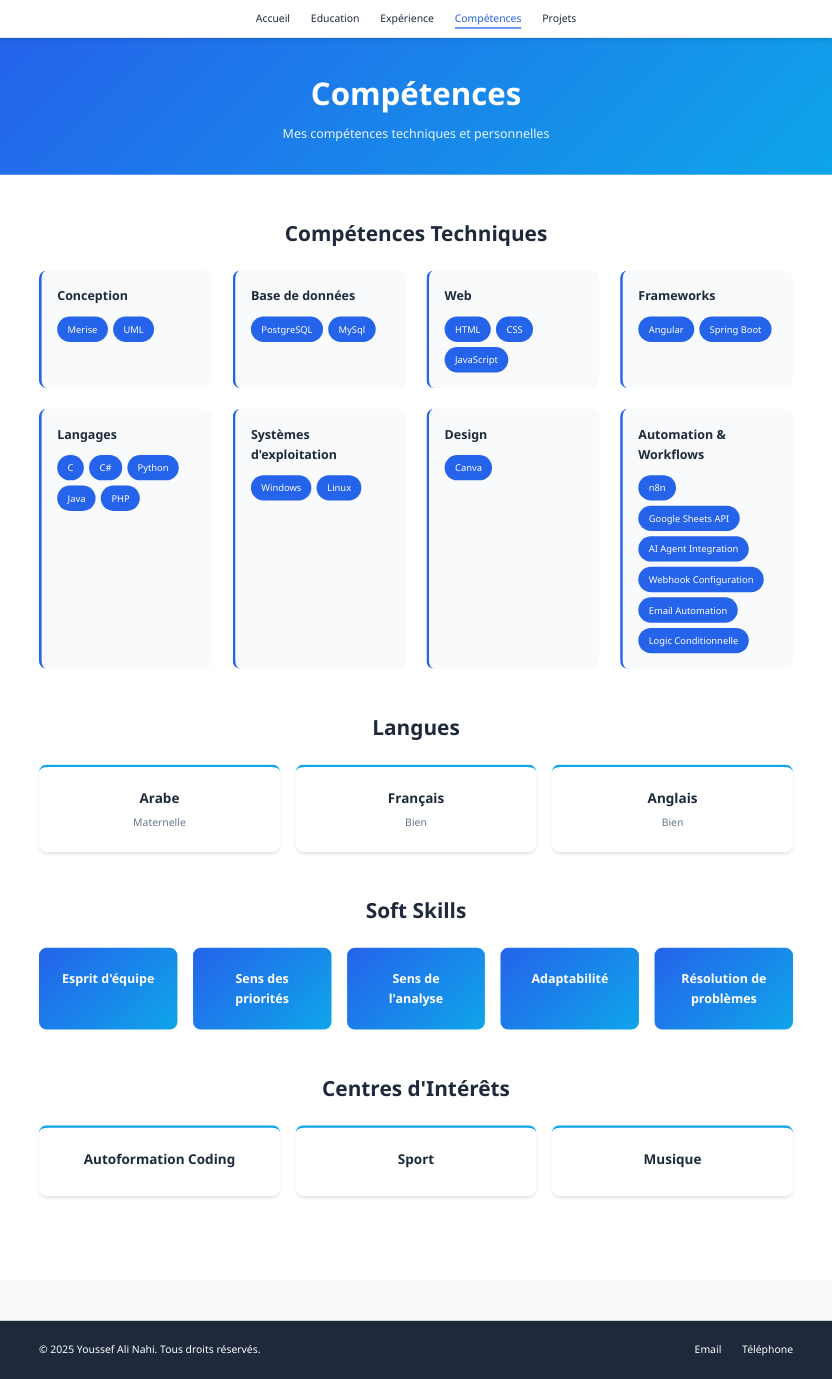
Repository: Youssef-Nahi504/My_Portfolio
Page: competences.html
The author's editor kept a copy of each file at every save. The page is drawn from the files as they stood at one save, then again after the next save.
The browser window is 1280 px wide. The pictures show the whole page, at 65% of full size.

Above is the page before, as saved 2025-12-19 16:28:36.

### competences.html
<!DOCTYPE html>
<html lang="fr">
<head>
    <meta charset="UTF-8">
    <meta name="viewport" content="width=device-width, initial-scale=1.0">
    <title>Compétences - Youssef Ali Nahi</title>
    <link rel="stylesheet" href="style.css">
</head>
<body>
    <nav class="navbar">
        <div class="nav-container">
            <ul class="nav-menu">
                <li><a href="index.html">Accueil</a></li>
                <li><a href="Education.html" >Education</a></li>
                <li><a href="experience.html">Expérience</a></li>
                <li><a href="competences.html" class="active">Compétences</a></li>
                <li><a href="projets.html">Projets</a></li>
            </ul>
            <div class="hamburger">
                <span></span>
                <span></span>
                <span></span>
            </div>
        </div>
    </nav>

    <main>
        <section class="page-header">
            <div class="container">
                <h1>Compétences</h1>
                <p>Mes compétences techniques et personnelles</p>
            </div>
        </section>

        <section class="skills-section">
            <div class="container">
                <div class="skills-category">
                    <h2 class="category-title">Compétences Techniques</h2>
                    <div class="skills-grid">
                        <div class="skill-group">
                            <h3>Conception</h3>
                            <div class="skill-tags">
                                <span class="skill-tag">Merise</span>
                                <span class="skill-tag">UML</span>
                            </div>
                        </div>
                        <div class="skill-group">
                            <h3>Base de données</h3>
                            <div class="skill-tags">
                                <span class="skill-tag">PostgreSQL</span>
                                <span class="skill-tag">MySql</span>
                            </div>
                        </div>
                        <div class="skill-group">
                            <h3>Web</h3>
                            <div class="skill-tags">
                                <span class="skill-tag">HTML</span>
                                <span class="skill-tag">CSS</span>
                                <span class="skill-tag">JavaScript</span>
                            </div>
                        </div>
                        <div class="skill-group">
                            <h3>Frameworks</h3>
                            <div class="skill-tags">
                                <span class="skill-tag">Angular</span>
                                <span class="skill-tag">Spring Boot</span>
                            </div>
                        </div>
                        <div class="skill-group">
                            <h3>Langages</h3>
                            <div class="skill-tags">
                                <span class="skill-tag">C</span>
                                <span class="skill-tag">C#</span>
                                <span class="skill-tag">Python</span>
                                <span class="skill-tag">Java</span>
                                <span class="skill-tag">PHP</span>
                            </div>
                        </div>
                        <div class="skill-group">
                            <h3>Systèmes d'exploitation</h3>
                            <div class="skill-tags">
                                <span class="skill-tag">Windows</span>
                                <span class="skill-tag">Linux</span>
                            </div>
                        </div>
                        <div class="skill-group">
                            <h3>Design</h3>
                            <div class="skill-tags">
                                <span class="skill-tag">Canva</span>
                            </div>
                        </div>
                        <div class="skill-group">
                            <h3>Automation & Workflows</h3>
                            <div class="skill-tags">
                                <span class="skill-tag">n8n</span>
                                <span class="skill-tag">Google Sheets API</span>
                                <span class="skill-tag">AI Agent Integration</span>
                                <span class="skill-tag">Webhook Configuration</span>
                                <span class="skill-tag">Email Automation</span>
                                <span class="skill-tag">Logic Conditionnelle</span>
                            </div>
                        </div>
                    </div>
                </div>

                <div class="skills-category">
                    <h2 class="category-title">Langues</h2>
                    <div class="languages-grid">
                        <div class="language-card">
                            <h3>Arabe</h3>
                            <p>Maternelle</p>
                        </div>
                        <div class="language-card">
                            <h3>Français</h3>
                            <p>Bien</p>
                        </div>
                        <div class="language-card">
                            <h3>Anglais</h3>
                            <p>Bien</p>
                        </div>
                    </div>
                </div>

                <div class="skills-category">
                    <h2 class="category-title">Soft Skills</h2>
                    <div class="soft-skills-grid">
                        <div class="soft-skill-card">
                            <h3>Esprit d'équipe</h3>
                        </div>
                        <div class="soft-skill-card">
                            <h3>Sens des priorités</h3>
                        </div>
                        <div class="soft-skill-card">
                            <h3>Sens de l'analyse</h3>
                        </div>
                        <div class="soft-skill-card">
                            <h3>Adaptabilité</h3>
                        </div>
                        <div class="soft-skill-card">
                            <h3>Résolution de problèmes</h3>
                        </div>
                    </div>
                </div>

                <div class="skills-category">
                    <h2 class="category-title">Centres d'Intérêts</h2>
                    <div class="interests-grid">
                        <div class="interest-card">
                            <h3>Autoformation Coding</h3>
                        </div>
                        <div class="interest-card">
                            <h3>Sport</h3>
                        </div>
                        <div class="interest-card">
                            <h3>Musique</h3>
                        </div>
                    </div>
                </div>
            </div>
        </section>
    </main>

    <footer>
        <div class="container">
            <p>&copy; 2025 Youssef Ali Nahi. Tous droits réservés.</p>
            <div class="footer-links">
                <a href="mailto:nahiyoussef02@gmail.com">Email</a>
                <a href="tel:+212619303473">Téléphone</a>
            </div>
        </div>
    </footer>

    <script src="file.js"></script>
</body>
</html>

### style.css
* {
    margin: 0;
    padding: 0;
    box-sizing: border-box;
}

:root {
    --primary-color: #2563eb;
    --primary-dark: #1e40af;
    --secondary-color: #64748b;
    --accent-color: #0ea5e9;
    --text-dark: #1e293b;
    --text-light: #64748b;
    --bg-light: #f8fafc;
    --bg-white: #ffffff;
    --border-color: #e2e8f0;
    --shadow: 0 4px 6px -1px rgba(0, 0, 0, 0.1), 0 2px 4px -1px rgba(0, 0, 0, 0.06);
    --shadow-lg: 0 10px 15px -3px rgba(0, 0, 0, 0.1), 0 4px 6px -2px rgba(0, 0, 0, 0.05);
}

body {
    font-family: 'Segoe UI', Tahoma, Geneva, Verdana, sans-serif;
    line-height: 1.6;
    color: var(--text-dark);
    background-color: var(--bg-light);
}

.container {
    max-width: 1200px;
    margin: 0 auto;
    padding: 0 20px;
}

/* Navigation */
.navbar {
    background: var(--bg-white);
    box-shadow: var(--shadow);
    position: sticky;
    top: 0;
    z-index: 1000;
    padding: 1rem 0;
}

.nav-container {
    max-width: 1200px;
    margin: 0 auto;
    padding: 0 20px;
    display: flex;
  justify-content: center; /* horizontal */
  align-items: center;
}

.logo {
    font-size: 1.5rem;
    font-weight: bold;
    color: var(--primary-color);
    letter-spacing: 2px;
}

.nav-menu {
    display: flex;
    list-style: none;
    gap: 2rem;
}

.nav-menu a {
    text-decoration: none;
    color: var(--text-dark);
    font-weight: 500;
    transition: color 0.3s ease;
    position: relative;
}

.nav-menu a:hover,
.nav-menu a.active {
    color: var(--primary-color);
}

.nav-menu a.active::after {
    content: '';
    position: absolute;
    bottom: -5px;
    left: 0;
    width: 100%;
    height: 2px;
    background: var(--primary-color);
}

.hamburger {
    display: none;
    flex-direction: column;
    cursor: pointer;
    gap: 4px;
}

.hamburger span {
    width: 25px;
    height: 3px;
    background: var(--text-dark);
    transition: all 0.3s ease;
}

/* Hero Section */
.hero {
    background: linear-gradient(135deg, var(--primary-color) 0%, var(--accent-color) 100%);
    color: white;
    padding: 4rem 0;
    min-height: 80vh;
    display: flex;
    align-items: center;
}

.hero-content {
    max-width: 1200px;
    margin: 0 auto;
    padding: 0 20px;
    display: grid;
    grid-template-columns: 1fr 1fr;
    gap: 3rem;
    align-items: center;
}

.hero-text h1 {
    font-size: 3rem;
    margin-bottom: 0.5rem;
    font-weight: 700;
}

.hero-text h2 {
    font-size: 1.5rem;
    margin-bottom: 1.5rem;
    opacity: 0.9;
    font-weight: 400;
}

.hero-subtitle {
    font-size: 1.1rem;
    margin-bottom: 2rem;
    opacity: 0.95;
    line-height: 1.8;
}

.hero-buttons {
    display: flex;
    gap: 1rem;
    flex-wrap: wrap;
}

.btn {
    padding: 0.75rem 2rem;
    border-radius: 8px;
    text-decoration: none;
    font-weight: 600;
    transition: all 0.3s ease;
    display: inline-block;
}

.btn-primary {
    background: white;
    color: var(--primary-color);
}

.btn-primary:hover {
    transform: translateY(-2px);
    box-shadow: var(--shadow-lg);
}

.btn-secondary {
    background: transparent;
    color: white;
    border: 2px solid white;
}

.btn-secondary:hover {
    background: white;
    color: var(--primary-color);
}

.profile-card {
    background: rgba(255, 255, 255, 0.1);
    backdrop-filter: blur(10px);
    border-radius: 16px;
    padding: 2rem;
    border: 1px solid rgba(255, 255, 255, 0.2);
}

.profile-info p {
    margin-bottom: 1rem;
    font-size: 1rem;
}

.profile-info strong {
    display: inline-block;
    width: 140px;
}

/* About Section */
.about {
    padding: 4rem 0;
    background: var(--bg-white);
}

.section-title {
    font-size: 2.5rem;
    margin-bottom: 2rem;
    text-align: center;
    color: var(--text-dark);
}

.about-content {
    max-width: 800px;
    margin: 0 auto 3rem;
    text-align: center;
}

.about-content p {
    font-size: 1.1rem;
    color: var(--text-light);
    margin-bottom: 1.5rem;
    line-height: 1.8;
}

.quick-links {
    display: grid;
    grid-template-columns: repeat(auto-fit, minmax(250px, 1fr));
    gap: 2rem;
    margin-top: 3rem;
}

.quick-link-card {
    background: var(--bg-white);
    padding: 2rem;
    border-radius: 12px;
    text-decoration: none;
    color: var(--text-dark);
    box-shadow: var(--shadow);
    transition: all 0.3s ease;
    border: 2px solid transparent;
}

.quick-link-card:hover {
    transform: translateY(-5px);
    box-shadow: var(--shadow-lg);
    border-color: var(--primary-color);
}

.quick-link-card h3 {
    color: var(--primary-color);
    margin-bottom: 0.5rem;
    font-size: 1.5rem;
}

.quick-link-card p {
    color: var(--text-light);
}

/* Page Header */
.page-header {
    background: linear-gradient(135deg, var(--primary-color) 0%, var(--accent-color) 100%);
    color: white;
    padding: 3rem 0;
    text-align: center;
}

.page-header h1 {
    font-size: 3rem;
    margin-bottom: 0.5rem;
}

.page-header p {
    font-size: 1.2rem;
    opacity: 0.9;
}

/* Experience Section */
.experience-section {
    padding: 4rem 0;
    background: var(--bg-white);
}

.timeline {
    position: relative;
    max-width: 900px;
    margin: 0 auto;
    padding: 2rem 0;
}

.timeline::before {
    content: '';
    position: absolute;
    left: 30px;
    top: 0;
    bottom: 0;
    width: 2px;
    background: var(--border-color);
}

.timeline-item {
    position: relative;
    margin-bottom: 3rem;
    padding-left: 80px;
}

.timeline-marker {
    position: absolute;
    left: 22px;
    top: 0;
    width: 16px;
    height: 16px;
    border-radius: 50%;
    background: var(--primary-color);
    border: 4px solid var(--bg-white);
    box-shadow: var(--shadow);
}

.timeline-content {
    background: var(--bg-white);
    padding: 2rem;
    border-radius: 12px;
    box-shadow: var(--shadow);
    transition: all 0.3s ease;
}

.timeline-content:hover {
    box-shadow: var(--shadow-lg);
    transform: translateX(5px);
}

.timeline-date {
    color: var(--primary-color);
    font-weight: 600;
    margin-bottom: 0.5rem;
    font-size: 0.9rem;
}

.timeline-content h3 {
    color: var(--text-dark);
    margin-bottom: 0.25rem;
    font-size: 1.5rem;
}

.timeline-content h4 {
    color: var(--text-light);
    margin-bottom: 1rem;
    font-weight: 500;
}

.timeline-content ul {
    list-style: none;
    padding-left: 0;
}

.timeline-content li {
    padding-left: 1.5rem;
    position: relative;
    margin-bottom: 0.5rem;
    color: var(--text-light);
}

.timeline-content li::before {
    content: '▸';
    position: absolute;
    left: 0;
    color: var(--primary-color);
}

/* Education Section */
.education-section {
    padding: 4rem 0;
    background: var(--bg-light);
}

.education-grid {
    display: grid;
    grid-template-columns: repeat(auto-fit, minmax(300px, 1fr));
    gap: 2rem;
    max-width: 900px;
    margin: 0 auto;
}

.education-card {
    background: var(--bg-white);
    padding: 2rem;
    border-radius: 12px;
    box-shadow: var(--shadow);
    transition: all 0.3s ease;
    border-top: 4px solid var(--primary-color);
}

.education-card:hover {
    transform: translateY(-5px);
    box-shadow: var(--shadow-lg);
}

.education-year {
    color: var(--primary-color);
    font-weight: 600;
    margin-bottom: 1rem;
    font-size: 0.9rem;
}

.education-card h3 {
    color: var(--text-dark);
    margin-bottom: 0.5rem;
    font-size: 1.3rem;
}

.education-card h4 {
    color: var(--text-light);
    margin-bottom: 1rem;
    font-weight: 500;
}

.education-institution {
    color: var(--text-light);
    font-style: italic;
}

/* Skills Section */
.skills-section {
    padding: 4rem 0;
    background: var(--bg-white);
}

.skills-category {
    margin-bottom: 4rem;
}

.category-title {
    font-size: 2rem;
    margin-bottom: 2rem;
    color: var(--text-dark);
    text-align: center;
}

.skills-grid {
    display: grid;
    grid-template-columns: repeat(auto-fit, minmax(250px, 1fr));
    gap: 2rem;
}

.skill-group {
    background: var(--bg-light);
    padding: 1.5rem;
    border-radius: 12px;
    border-left: 4px solid var(--primary-color);
}

.skill-group h3 {
    color: var(--text-dark);
    margin-bottom: 1rem;
    font-size: 1.2rem;
}

.skill-tags {
    display: flex;
    flex-wrap: wrap;
    gap: 0.5rem;
}

.skill-tag {
    background: var(--primary-color);
    color: white;
    padding: 0.5rem 1rem;
    border-radius: 20px;
    font-size: 0.9rem;
    font-weight: 500;
}

.soft-skills-grid {
    display: grid;
    grid-template-columns: repeat(auto-fit, minmax(200px, 1fr));
    gap: 1.5rem;
}

.soft-skill-card {
    background: linear-gradient(135deg, var(--primary-color) 0%, var(--accent-color) 100%);
    color: white;
    padding: 2rem;
    border-radius: 12px;
    text-align: center;
    transition: all 0.3s ease;
}

.soft-skill-card:hover {
    transform: translateY(-5px);
    box-shadow: var(--shadow-lg);
}

.soft-skill-card h3 {
    font-size: 1.2rem;
}

.languages-grid,
.interests-grid {
    display: grid;
    grid-template-columns: repeat(auto-fit, minmax(200px, 1fr));
    gap: 1.5rem;
}

.language-card,
.interest-card {
    background: var(--bg-white);
    padding: 2rem;
    border-radius: 12px;
    box-shadow: var(--shadow);
    text-align: center;
    transition: all 0.3s ease;
    border-top: 4px solid var(--accent-color);
}

.language-card:hover,
.interest-card:hover {
    transform: translateY(-5px);
    box-shadow: var(--shadow-lg);
}

.language-card h3,
.interest-card h3 {
    color: var(--text-dark);
    margin-bottom: 0.5rem;
    font-size: 1.3rem;
}

.language-card p {
    color: var(--text-light);
    font-weight: 500;
}

/* Projects Section */
.projects-section {
    padding: 4rem 0;
    background: var(--bg-white);
}

.projects-grid {
    display: grid;
    grid-template-columns: repeat(auto-fit, minmax(300px, 1fr));
    gap: 2rem;
}

.project-card {
    background: var(--bg-white);
    padding: 2rem;
    border-radius: 12px;
    box-shadow: var(--shadow);
    transition: all 0.3s ease;
    border-top: 4px solid var(--primary-color);
}

.project-card:hover {
    transform: translateY(-5px);
    box-shadow: var(--shadow-lg);
}

.project-icon {
    font-size: 3rem;
    margin-bottom: 1rem;
}

.project-card h3 {
    color: var(--text-dark);
    margin-bottom: 0.75rem;
    font-size: 1.4rem;
}

.project-tech {
    color: var(--primary-color);
    font-weight: 600;
    margin-bottom: 1rem;
    font-size: 0.9rem;
}

.project-description {
    color: var(--text-light);
    line-height: 1.7;
}

/* Footer */
footer {
    background: var(--text-dark);
    color: white;
    padding: 2rem 0;
    margin-top: 4rem;
}

footer .container {
    display: flex;
    justify-content: space-between;
    align-items: center;
    flex-wrap: wrap;
    gap: 1rem;
}

.footer-links {
    display: flex;
    gap: 2rem;
}

.footer-links a {
    color: white;
    text-decoration: none;
    transition: color 0.3s ease;
}

.footer-links a:hover {
    color: var(--accent-color);
}

/* Responsive Design */
@media (max-width: 768px) {
    .hamburger {
        display: flex;
    }

    .nav-menu {
        position: fixed;
        left: -100%;
        top: 70px;
        flex-direction: column;
        background: var(--bg-white);
        width: 100%;
        text-align: center;
        transition: 0.3s;
        box-shadow: var(--shadow);
        padding: 2rem 0;
        gap: 0;
    }

    .nav-menu.active {
        left: 0;
    }

    .nav-menu li {
        margin: 1rem 0;
    }

    .hero-content {
        grid-template-columns: 1fr;
        text-align: center;
    }

    .hero-text h1 {
        font-size: 2rem;
    }

    .hero-text h2 {
        font-size: 1.2rem;
    }

    .section-title {
        font-size: 2rem;
    }

    .page-header h1 {
        font-size: 2rem;
    }

    .timeline::before {
        left: 15px;
    }

    .timeline-item {
        padding-left: 50px;
    }

    .timeline-marker {
        left: 7px;
    }

    .quick-links {
        grid-template-columns: 1fr;
    }

    footer .container {
        flex-direction: column;
        text-align: center;
    }
}

@media (max-width: 480px) {
    .hero {
        padding: 2rem 0;
        min-height: auto;
    }

    .hero-text h1 {
        font-size: 1.5rem;
    }

    .btn {
        padding: 0.6rem 1.5rem;
        font-size: 0.9rem;
    }

    .projects-grid,
    .education-grid {
        grid-template-columns: 1fr;
    }
}

Loaded but not shown: file.js (99 lines, source omitted)

After the next save:
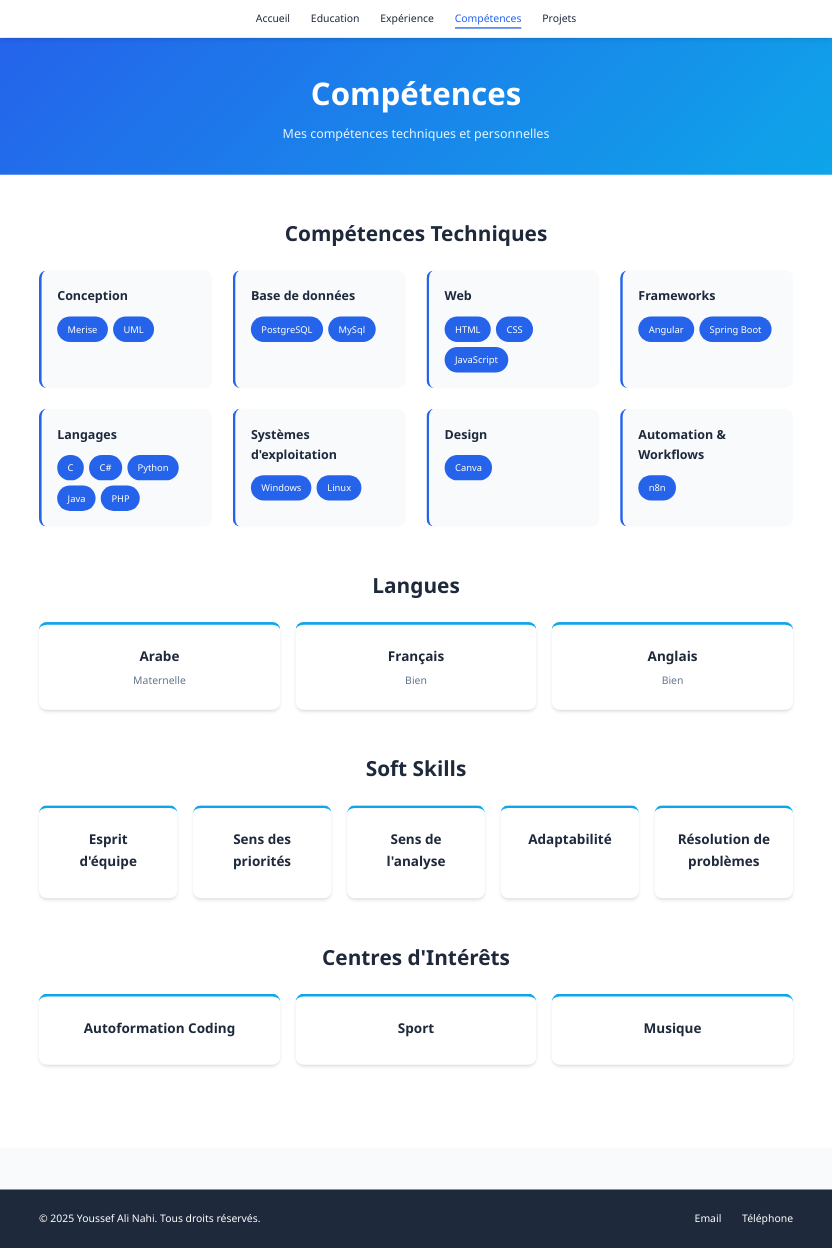
Saved 53 s later.
--- a/competences.html
+++ b/competences.html
@@ -93,11 +93,6 @@
                             <h3>Automation & Workflows</h3>
                             <div class="skill-tags">
                                 <span class="skill-tag">n8n</span>
-                                <span class="skill-tag">Google Sheets API</span>
-                                <span class="skill-tag">AI Agent Integration</span>
-                                <span class="skill-tag">Webhook Configuration</span>
-                                <span class="skill-tag">Email Automation</span>
-                                <span class="skill-tag">Logic Conditionnelle</span>
                             </div>
                         </div>
                     </div>
@@ -123,20 +118,20 @@
 
                 <div class="skills-category">
                     <h2 class="category-title">Soft Skills</h2>
-                    <div class="soft-skills-grid">
-                        <div class="soft-skill-card">
+                    <div class="interests-grid">
+                        <div class="interest-card">
                             <h3>Esprit d'équipe</h3>
                         </div>
-                        <div class="soft-skill-card">
+                        <div class="interest-card">
                             <h3>Sens des priorités</h3>
                         </div>
-                        <div class="soft-skill-card">
+                        <div class="interest-card">
                             <h3>Sens de l'analyse</h3>
                         </div>
-                        <div class="soft-skill-card">
+                        <div class="interest-card">
                             <h3>Adaptabilité</h3>
                         </div>
-                        <div class="soft-skill-card">
+                        <div class="interest-card">
                             <h3>Résolution de problèmes</h3>
                         </div>
                     </div>
